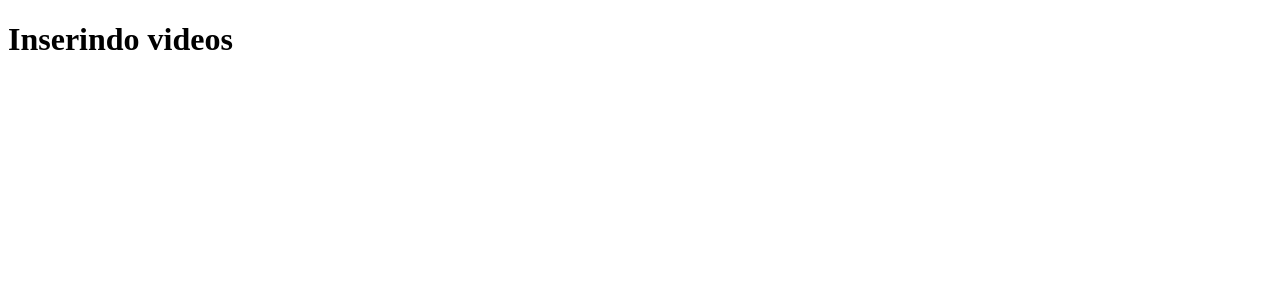
Repository: ClaytonEduard/cursoemvideo
Page: html-css/ex012/index.html
These files come from the project's save history. The page is drawn as it stood at one moment and after a run of saves; the edit follows.
The browser window is 1280 px wide. The pictures show the whole page.

Above is the page before, as saved 2022-11-24 14:19:07.

### html-css/ex012/index.html
<!DOCTYPE html>
<html lang="pt-br">
<head>
    <meta charset="UTF-8">
    <meta http-equiv="X-UA-Compatible" content="IE=edge">
    <meta name="viewport" content="width=device-width, initial-scale=1.0">
    <title>Document</title>
</head>
<body>
    <h1>Inserindo videos </h1>

</body>
</html>

After the next 2 saves:
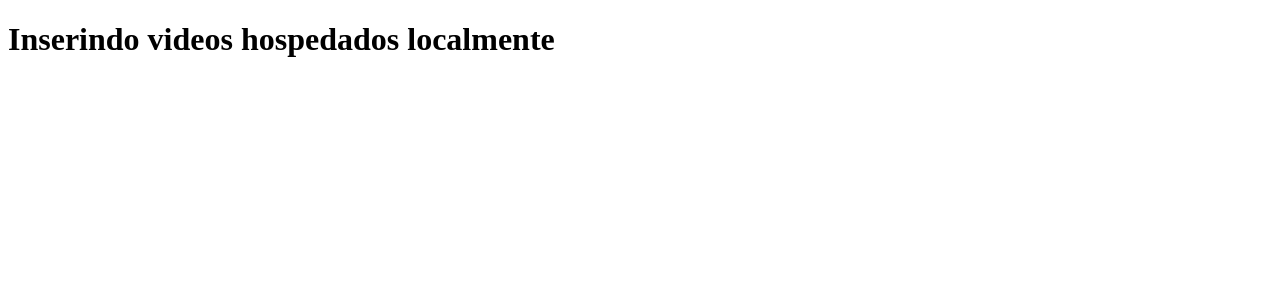
The 2 saves are shown as one change because they came seconds apart.
The last was saved 9 s later.
--- a/html-css/ex012/index.html
+++ b/html-css/ex012/index.html
@@ -7,7 +7,8 @@
     <title>Document</title>
 </head>
 <body>
-    <h1>Inserindo videos </h1>
+    <h1>Inserindo videos hospedados localmente</h1>
+    <p></p>
 
 </body>
 </html>
